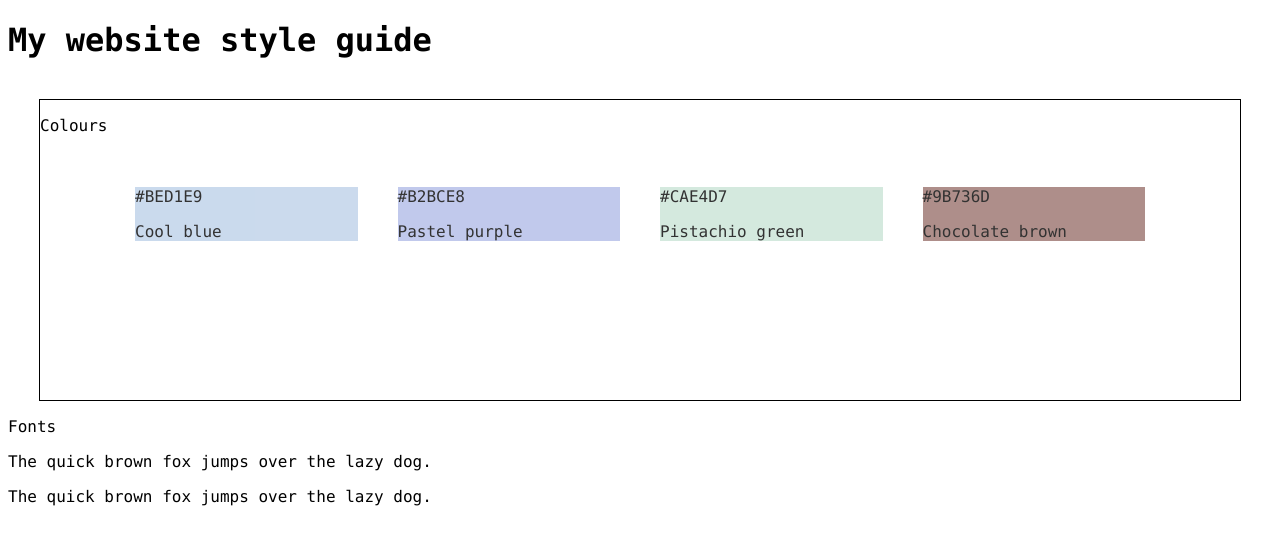
Repository: nazaninrizvi/codecademy
Page: Javascript/website-design-system/index.html
These files come from the project's save history. The page is drawn as it stood at one moment and after a run of saves; the edit follows.
The browser window is 1280 px wide. The pictures show the whole page.

Above is the page before, as saved 2021-11-26 14:29:56.

### Javascript/website-design-system/index.html
<!DOCTYPE html>
<html>
    <head>
        <title>My website style guide</title>
        <link rel="stylesheet" href="styles.css" type="text/css" />
    </head>
    <body>
        <h1>My website style guide</h1>
        <div id="colors">
            <div class="colors-container">
                <p>Colours</p>
                <div class="colcontainer">
                    <div class="cols"><div id="coolblue">
                        <p>#BED1E9</p>
                        <p>Cool blue</p>
                    </div></div>

                    <div class="cols"><div id="pastelPurple">
                        <p>#B2BCE8</p>
                        <p>Pastel purple</p>
                    </div></div>

                    <div class="cols"><div id="pistachio">
                        <p>#CAE4D7</p>
                        <p>Pistachio green</p>
                    </div></div>

                    <div class="cols"><div id="brown">
                        <p>#9B736D</p>
                        <p>Chocolate brown</p>
                    </div></div>
                </div>
            </div>
        </div>
        <div id="fonts">
           <p>Fonts</p>
           <div class="fontcontainer">
               <div class='font'>
                <p>The quick brown fox jumps over the lazy dog.</p>
                <p>The quick brown fox jumps over the lazy dog.</p>
            </div>
           </div>
        </div>
    </body>
</html>

### Javascript/website-design-system/styles.css
*{
    font-family: "Lucida Console", Courier, monospace;
}

.colors-container{
    height: 300px;
    max-width: 1200px;
    margin: 40px auto auto auto;
    border: 1px solid black;
  }

  .colcontainer{
    max-width: 1050px;
    margin: 15px auto auto auto;
    display: flex;
    justify-content: space-between;
  }

  .cols{
    height: 300px;
    padding: 20px;
    margin-bottom: auto;
    flex-basis: 30%;
    box-sizing: border-box;
    opacity: 0.8;
  }

#coolblue{
    background-color: #bed1e9;
  }

#pastelPurple{
    background-color: #B2BCE8;
}

#pistachio{
    background-color: #CAE4D7;
}

#brown{
    background-color: #9B736D;
}

After the next 3 saves:
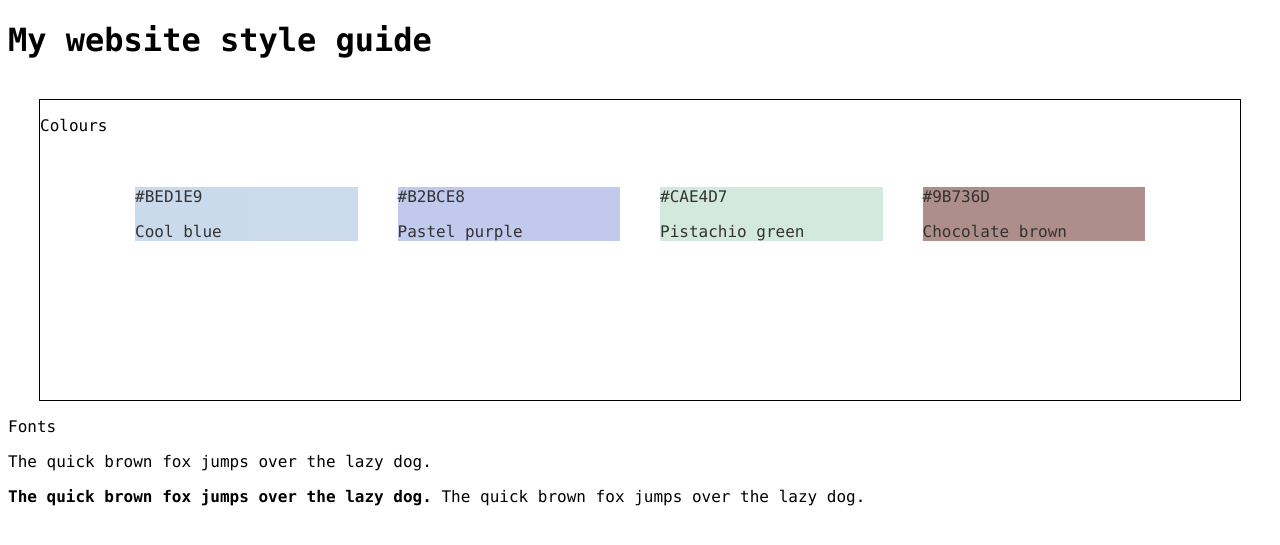
The 3 saves are shown as one change because they came seconds apart.
The last was saved 16 s later.
--- a/Javascript/website-design-system/index.html
+++ b/Javascript/website-design-system/index.html
@@ -37,7 +37,9 @@
            <div class="fontcontainer">
                <div class='font'>
                 <p>The quick brown fox jumps over the lazy dog.</p>
-                <p>The quick brown fox jumps over the lazy dog.</p>
+                <p><b>The quick brown fox jumps over the lazy dog.
+
+                </b>The quick brown fox jumps over the lazy dog.</p>
             </div>
            </div>
         </div>
